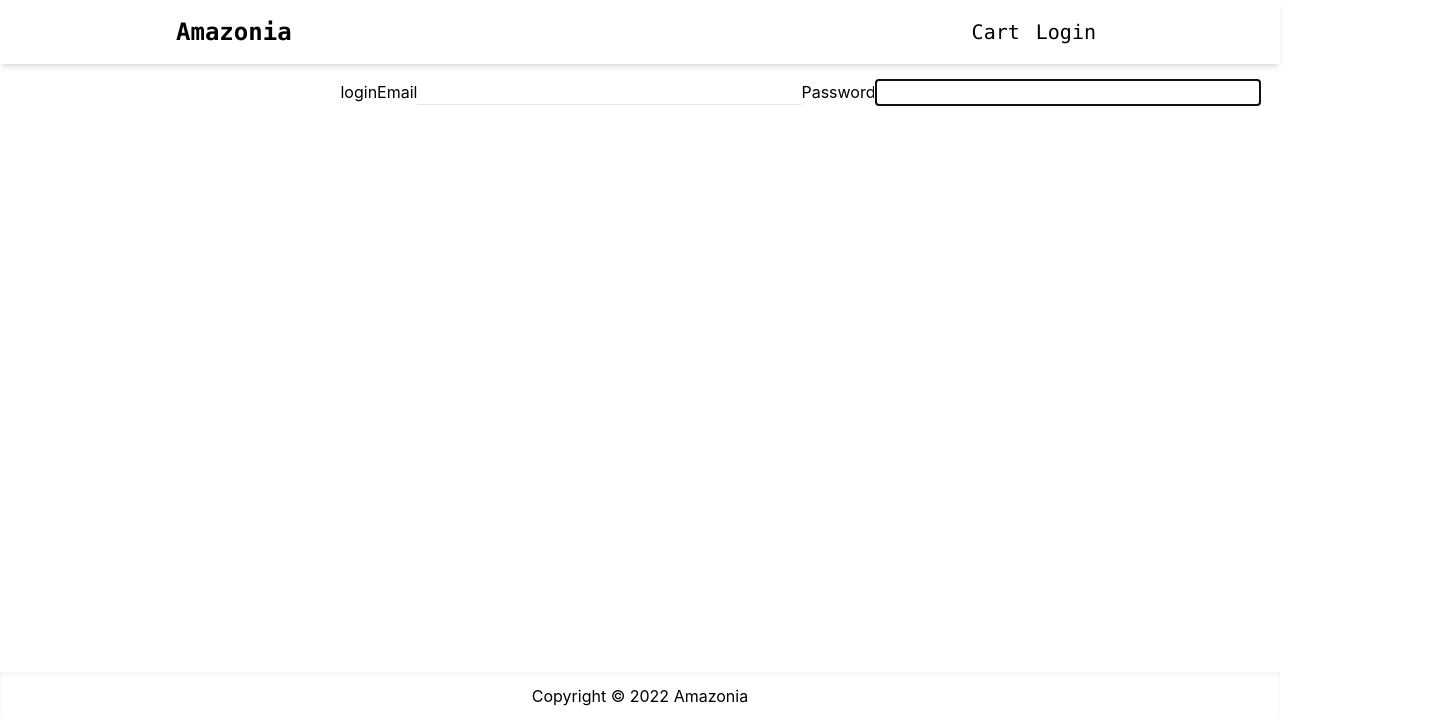
Repository: chidieb11/shop
Page: /login
The author's editor kept a copy of each file at every save. The page is drawn from the files as they stood at one save, then again after a run of saves.
The browser window is 1280 px wide. The page is 1440 px wide, so the pictures cover 1440 px, including what lies to the right of the window. The pictures show the whole page.
The project was rebuilt for these pictures with package versions that can differ from the ones it lists, and the page was loaded fresh each time. The framework's server and built-in components were replaced by stand-ins that run in the browser. Also part of the build but not shown: next.config.js.

Above is the page before, as saved 2022-06-27 19:49:02.

After the next 2 saves:
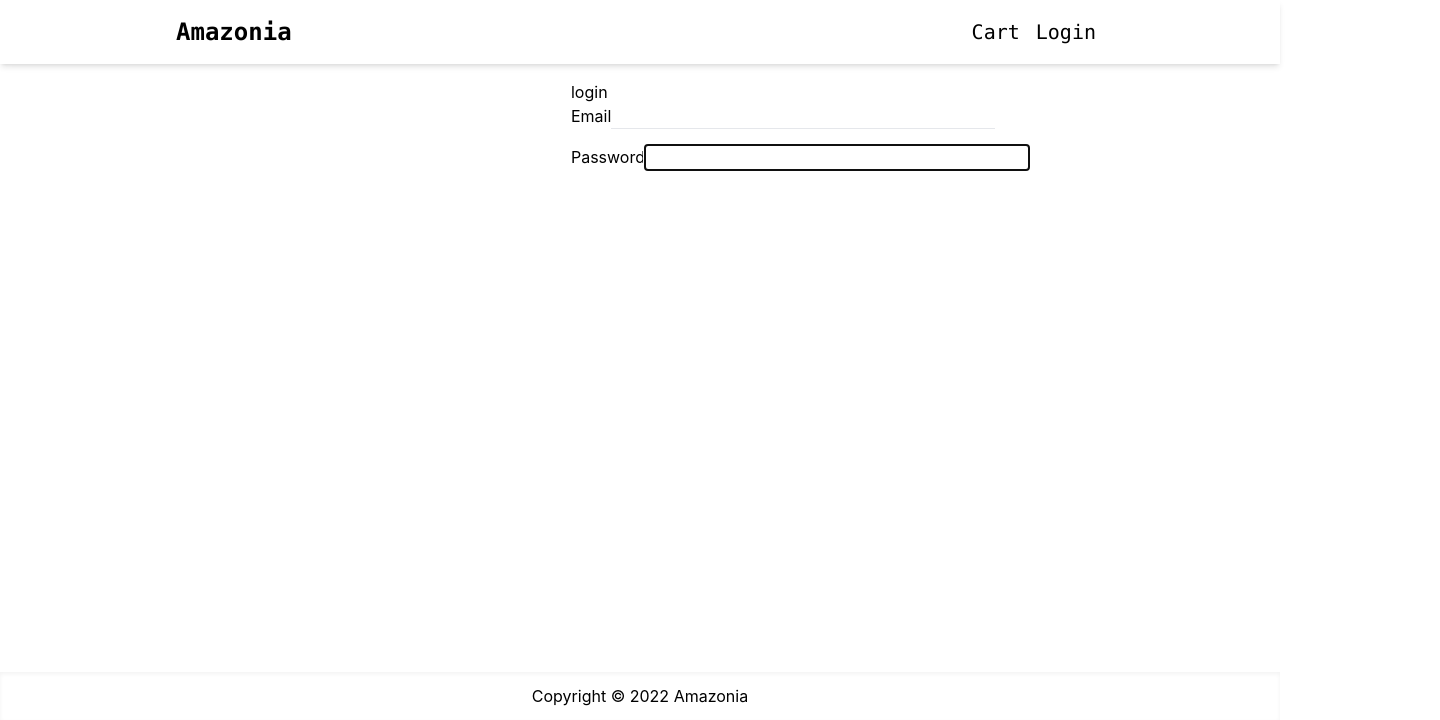
The 2 saves are shown as one change because they came seconds apart.
The last was saved 7 s later.
--- a/pages/login.js
+++ b/pages/login.js
@@ -15,7 +15,7 @@ const Login = () => {
   return (
     <Layout title="Login">
       <form
-        className="flex justify-center m-auto"
+        className="grid justify-center m-auto"
         onSubmit={handleSubmit(submitHandler)}
       >
         <h1>login</h1>
